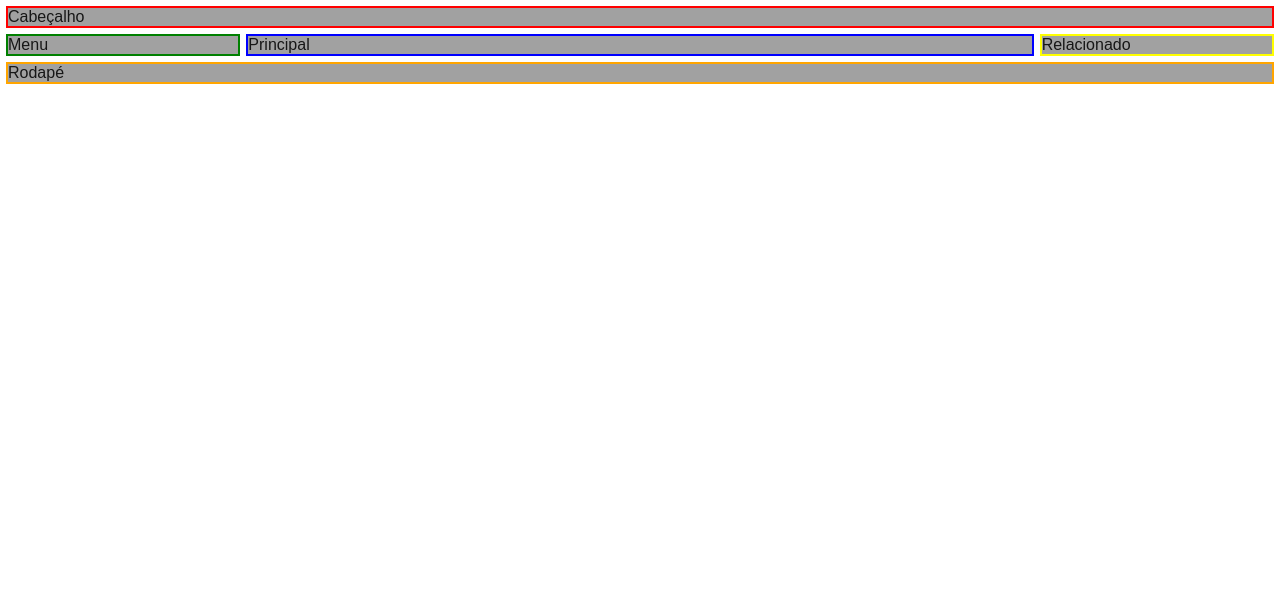
Repository: AleOi3/htmlTemplate
Page: /temp_one
An editor plug-in stored every save of this project. The page is shown before and after the next save, followed by the edit.
The browser window is 1280 px wide. The pictures show the whole page.
The project was rebuilt for these pictures with package versions that can differ from the ones it lists, and the page was loaded fresh each time. The framework's server and built-in components were replaced by stand-ins that run in the browser. Also part of the build but not shown: next.config.ts.

Above is the page before, as saved 2024-12-09 00:36:49.

After the next save:
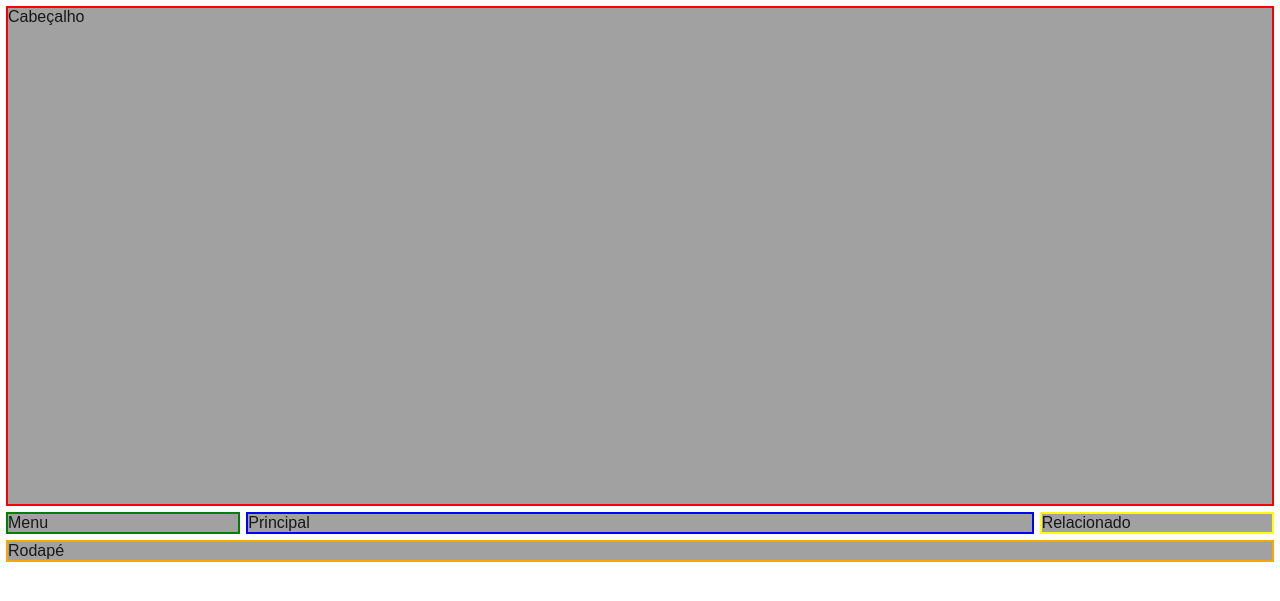
Saved 19 s later.
--- a/src/app/temp_one/page.tsx
+++ b/src/app/temp_one/page.tsx
@@ -5,6 +5,7 @@ const TemplateOnePage = () => {
             margin: 3,
             display: 'flex',
             flex: '1 1 100vw',
+            height: 500,
             background: '#a1a1a1'
         }}>
             Cabeçalho
